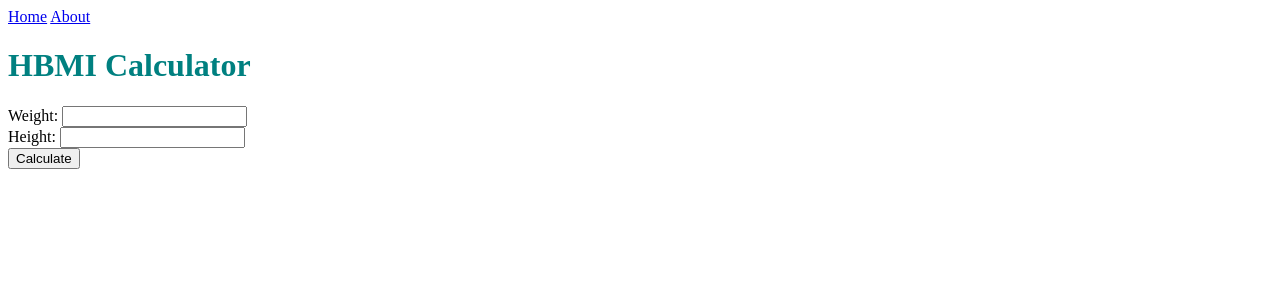
Repository: diyanah08/python-flask-example
Page: http://localhost/
The author's editor kept a record of every edit. The page is drawn from the files as they stood at one moment, then again after the next edit.
The browser window is 1280 px wide. The pictures show the whole page.
The page is served by the project's application, run on Flask 3 (flask-bmi/app.py).

Above is the page before.

After the next edit:
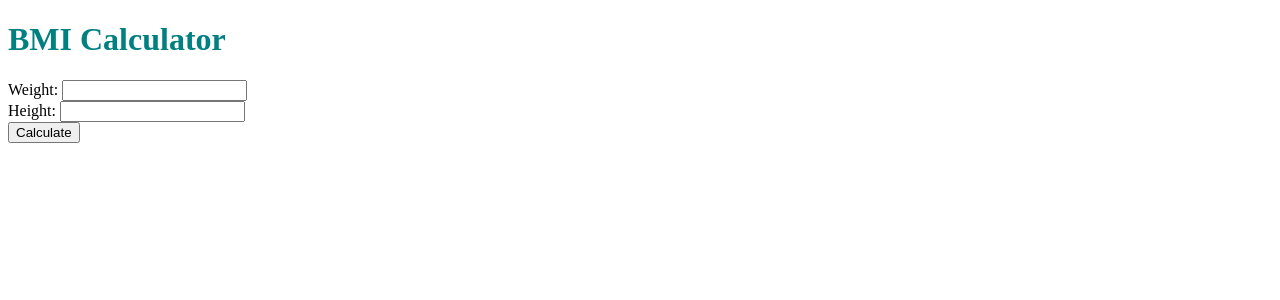
The edit:
--- a/flask-bmi/templates/index.template.html
+++ b/flask-bmi/templates/index.template.html
@@ -10,8 +10,7 @@
 </head>
 
 <body>
-    <a href="/">Home</a> <a href="/about">About</a>
-    <h1>HBMI Calculator</h1>
+    <h1>BMI Calculator</h1>
     <form method="POST">
         <label>Weight: </label><input type="text" name= "weight"><br>
         <label>Height: </label><input type="text" name= "height"><br>
